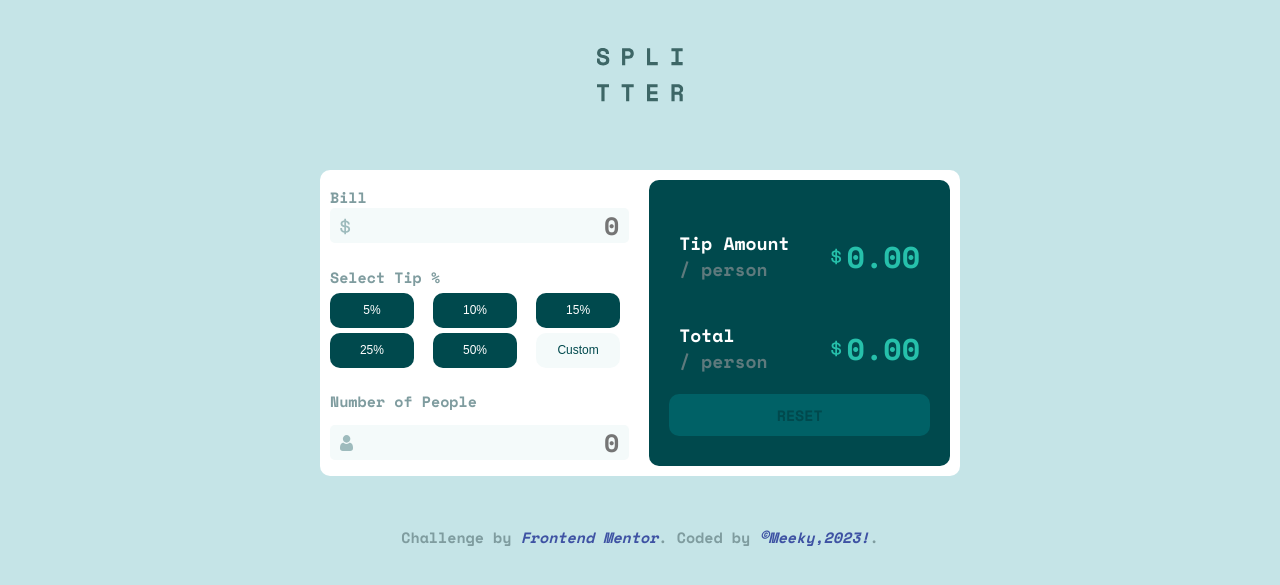
Repository: MeekyBerry/Frontend-Mentor-Challenges
Page: tip-calculator-app/index.html
The author's editor kept a copy of each file at every save. The page is drawn from the files as they stood at one save, then again after the next save.
The browser window is 1280 px wide. The pictures show the whole page.

Above is the page before, as saved 2023-04-07 19:53:31.

### tip-calculator-app/index.html
<!DOCTYPE html>
<html lang="en">

<head>
  <meta charset="UTF-8">
  <meta name="viewport" content="width=device-width, initial-scale=1.0">
  <link rel="icon" type="image/png" sizes="32x32" href="./css/images/favicon-32x32.png">
  <title> Tip calculator app</title>
  <link rel="stylesheet" href="./css/style.css">
  <script src="./script.js" defer></script>
</head>

<body>
  <div class="heading-logo">
    <img src="./css/images/logo.svg" alt="Logo" class="logo">
  </div>

  <form id="form" class="background">
    <div class="first-container">
      <div class="bill-container">
        <label for="bill">Bill</label>
        <input type="number" id="bill" placeholder="0" class="bill-input__img input-bar">
      </div>

      <div class="tip">
        <div class="tip--heading">Select Tip %</div>
        <div class="percent-container">
          <button type="button" class="percent five">5%</button>
          <button type="button" class="percent ten">10%</button>
          <button type="button" class="percent fiftheen">15%</button>
          <button type="button" class="percent twenty-five">25%</button>
          <button type="button" class="percent fifty">50%</button>
          <button type="button" class="percent custom" id="cst-btn">Custom</button>
        </div>
      </div <div>
      <div class="people-validate">
        <label for="number">Number of People</label>
        <span id="validate" class="people-zero">Can't be zero</span>
      </div>
      <div class="icon-box">
        <input type="number" id="people" class="people-input__img input-bar" placeholder="0">
      </div>
    </div>
    </div>

    <div class="second-container">
      <div class="amount">
        <p>Tip Amount <span class="person">/ person</span></p>
        <div class="digit">
          <svg xmlns="http://www.w3.org/2000/svg" width="11" height="17">
            <path fill="var(--Strong-cyan)"
              d="M6.016 16.328v-1.464c1.232-.08 2.22-.444 2.964-1.092.744-.648 1.116-1.508 1.116-2.58v-.144c0-.992-.348-1.772-1.044-2.34-.696-.568-1.708-.932-3.036-1.092V4.184c.56.144 1.012.4 1.356.768.344.368.516.816.516 1.344v.288h1.824v-.432c0-.448-.088-.876-.264-1.284a3.783 3.783 0 00-.744-1.116A4.251 4.251 0 007.54 2.9a5.324 5.324 0 00-1.524-.492V.872H4.288V2.36a5.532 5.532 0 00-1.416.324c-.448.168-.84.392-1.176.672-.336.28-.604.616-.804 1.008-.2.392-.3.844-.3 1.356v.144c0 .96.316 1.708.948 2.244.632.536 1.548.884 2.748 1.044v3.912c-.704-.16-1.248-.472-1.632-.936-.384-.464-.576-1.08-.576-1.848v-.288H.256v.576c0 .464.08.924.24 1.38.16.456.404.88.732 1.272.328.392.744.728 1.248 1.008s1.108.476 1.812.588v1.512h1.728zM4.288 7.424c-.688-.128-1.164-.332-1.428-.612-.264-.28-.396-.644-.396-1.092 0-.464.176-.832.528-1.104.352-.272.784-.448 1.296-.528v3.336zm1.728 5.712V9.344c.768.128 1.328.328 1.68.6.352.272.528.688.528 1.248 0 .544-.196.984-.588 1.32-.392.336-.932.544-1.62.624z" />
          </svg>
          <span id="tip-amount" class="amount-span">0.00</span>
        </div>
      </div>

      <div class="amount">
        <p>Total <span class="person">/ person</span></p>
        <div class="digit">
          <svg xmlns="http://www.w3.org/2000/svg" width="11" height="17">
            <path fill="var(--Strong-cyan)"
              d="M6.016 16.328v-1.464c1.232-.08 2.22-.444 2.964-1.092.744-.648 1.116-1.508 1.116-2.58v-.144c0-.992-.348-1.772-1.044-2.34-.696-.568-1.708-.932-3.036-1.092V4.184c.56.144 1.012.4 1.356.768.344.368.516.816.516 1.344v.288h1.824v-.432c0-.448-.088-.876-.264-1.284a3.783 3.783 0 00-.744-1.116A4.251 4.251 0 007.54 2.9a5.324 5.324 0 00-1.524-.492V.872H4.288V2.36a5.532 5.532 0 00-1.416.324c-.448.168-.84.392-1.176.672-.336.28-.604.616-.804 1.008-.2.392-.3.844-.3 1.356v.144c0 .96.316 1.708.948 2.244.632.536 1.548.884 2.748 1.044v3.912c-.704-.16-1.248-.472-1.632-.936-.384-.464-.576-1.08-.576-1.848v-.288H.256v.576c0 .464.08.924.24 1.38.16.456.404.88.732 1.272.328.392.744.728 1.248 1.008s1.108.476 1.812.588v1.512h1.728zM4.288 7.424c-.688-.128-1.164-.332-1.428-.612-.264-.28-.396-.644-.396-1.092 0-.464.176-.832.528-1.104.352-.272.784-.448 1.296-.528v3.336zm1.728 5.712V9.344c.768.128 1.328.328 1.68.6.352.272.528.688.528 1.248 0 .544-.196.984-.588 1.32-.392.336-.932.544-1.62.624z" />
          </svg>
          <span id="total-amount" class="amount-span">0.00</span>
        </div>
      </div>
      <div class="btn-wrapper">
        <button type="reset" id="reset" class="btn">Reset</button>
      </div>
    </div>
  </form>

  <div class="attribution">
    Challenge by <a href="https://www.frontendmentor.io?ref=challenge" target="_blank">Frontend Mentor</a>.
    Coded by <a href="https://www.linkedin.com/in/mikkylanky/" target="_blank">&copy;Meeky,2023!</a>.
  </div>
</body>

</html>

### tip-calculator-app/css/style.css
@import url("https://fonts.googleapis.com/css2?family=Space+Mono:wght@400;700&display=swap");

:root {
  /* ### Primary */
  --Strong-cyan: hsl(172, 67%, 45%);
  /* ### Neutral */
  --Very-dark-cyan: hsl(183, 100%, 15%);
  --Dark-grayish-cyan: hsl(186, 14%, 43%);
  --Grayish-cyan: hsl(184, 14%, 56%);
  --Light-grayish-cyan: hsl(185, 41%, 84%);
  --Very-light-grayish-cyan: hsl(189, 41%, 97%);
  --White: hsl(0, 0%, 100%);
  --dark-blue: hsl(228, 45%, 44%);
}

html {
  font-size: 50%;
}

*,
::before,
::after {
  margin: 0;
  padding: 0;
  box-sizing: border-box;
}

body {
  font-size: 1.8rem;
  font-family: "Space Mono", sans-serif;
  font-weight: 700;
  background-color: var(--Light-grayish-cyan);
  color: var(--Grayish-cyan);
  height: 100%;
  width: 100%;
}

.heading-logo {
  height: 15rem;
  width: 100%;
  position: relative;
}

.logo {
  position: absolute;
  top: 50%;
  left: 50%;
  transform: translate(-50%, -50%);
}

.background {
  display: flex;
  flex-direction: column;
  justify-content: space-around;
  gap: 1rem;
  background-color: var(--White);
  height: 100%;
  width: 60%;
  border-radius: 1rem;
  padding: 1rem;
  margin: 2rem auto;
  -webkit-border-radius: 1rem;
  -moz-border-radius: 1rem;
  -ms-border-radius: 1rem;
  -o-border-radius: 1rem;
}

.people-validate {
  display: flex;
  justify-content: space-between;
  align-items: center;
}

.people-zero {
  color: red;
  font-size: 1.5rem;
  font-weight: 400;
  display: none;
}

label {
  display: block;
  font-size: 1.5rem;
}

.input-bar {
  display: flex;
  justify-content: space-between;
  align-items: center;
  width: 100%;
  height: 3.5rem;
  border: none;
  border-radius: .5rem;
  font-size: 2.5rem;
  font-family: "Space Mono", sans-serif;
  font-weight: 700;
  text-align: end;
  padding: 0 1rem 0 3rem;
}

.input-bar:focus {
  outline-color: var(--Strong-cyan);
}

.bill-input__img {
  background: url(../css/images/icon-dollar.svg) no-repeat var(--Very-light-grayish-cyan) 1rem 1rem;
  padding: 0 1rem 0 3rem;
}

.people-input__img {
  background: url(../css/images/icon-person.svg) no-repeat var(--Very-light-grayish-cyan) 1rem 1rem;
  padding: 0 1rem 0 3rem;
}

/* Remove Arrows/Spinners ON INPUT */
input::-webkit-outer-spin-button,
input::-webkit-inner-spin-button {
  -webkit-appearance: none;
}

/* Firefox */
input[type="number"] {
  -moz-appearance: textfield;
}

.tip {
  padding: 1rem 0;
}

.tip--heading {
  font-size: 1.5rem;
  margin-bottom: .5rem;
}

.percent-container {
  display: grid;
  grid-template-columns: repeat(2, 1fr);
  grid-template-rows: repeat(3, 1fr);
  grid-template-areas:
    "five ten"
    "fiftheen twentyFive"
    "fifty custom";
  gap: .5rem 1rem;
}

.percent {
  background-color: var(--Very-dark-cyan);
  color: var(--White);
  text-align: center;
  border-radius: 1rem;
  border: none;
  font-size: 1.2rem;
  width: 90%;
  height: 3.5rem;
}

.percent:active {
  background-color: var(--Light-grayish-cyan);
  color: var(--Very-dark-cyan);
  font-weight: 700;
}

.five {
  grid-area: five;
}

.ten {
  grid-area: ten;
}

.fiftheen {
  grid-area: fiftheen;
}

.twenty-five {
  grid-area: twentyFive;
}

.fifty {
  grid-area: fifty;
}

.custom {
  grid-area: custom;
  background-color: var(--Very-light-grayish-cyan);
  color: var(--Very-dark-cyan);
}

.custom-input {
  background-color: var(--Very-light-grayish-cyan);
  color: var(--Very-dark-cyan);
  border: none;
  border-radius: 1rem;
  padding: 0 1rem;
  font-size: 1.5rem;
  font-weight: 700;
  text-align: end;
  width: 100%;
  height: 100%;
}

.custom-input:focus {
  outline-color: var(--Strong-cyan);
}

.second-container {
  background-color: var(--Very-dark-cyan);
  border-radius: 1rem;
  padding: 3rem 2rem;
}

.amount {
  display: flex;
  justify-content: space-between;
  padding: 2rem 1rem;
}

p {
  color: var(--White);
}

.person {
  display: block;
  font-size: 1.8rem;
  color: var(--Dark-grayish-cyan);
}

.digit {
  display: flex;
  align-items: center;
  justify-content: center;
  gap: .5rem;
}

.amount-span {
  font-size: 3rem;
  color: var(--Strong-cyan);
}

.btn {
  width: 100%;
  padding: 1rem;
  background-color: hsl(183, 100%, 20%);
  color: var(--Very-dark-cyan);
  border: none;
  border-radius: 1rem;
  text-transform: uppercase;
  font-size: 1.5rem;
  font-weight: 700;
  font-family: "Space Mono", sans-serif;
  -webkit-border-radius: 1rem;
  -moz-border-radius: 1rem;
  -ms-border-radius: 1rem;
  -o-border-radius: 1rem;
}

.attribution {
  font-size: 1.5rem;
  text-align: center;
  margin-top: 5rem;
}

.attribution a {
  color: var(--dark-blue);
  text-decoration: none;
  font-style: italic;
}

@media only screen and (min-width: 600px) {
  html {
    font-size: 56.25%
  }

  .background {
    width: 40%;
  }
}

@media only screen and (min-width: 900px) {
  html {
    font-size: 62.5%;
  }

  .background {
    width: 50%;
    height: 50%;
    margin: 2rem auto;
    flex-direction: row;
    gap: 2rem;
    padding: 1rem;
  }

  .first-container {
    display: flex;
    flex-direction: column;
    justify-content: space-around;
    flex-basis: 50%;
  }

  .percent-container {
    grid-template-columns: repeat(3, 1fr);
    grid-template-rows: repeat(2, 1fr);
    grid-template-areas:
      "five ten fiftheen"
      "twentyFive fifty custom";
  }

  .second-container {
    display: flex;
    flex-direction: column;
    flex-basis: 50%;
  }

  .btn-wrapper {
    margin-top: auto;
  }
}

### tip-calculator-app/script.js
// 1. Get the bill amount from the input field
const billInput = document.getElementById("bill");
// 2. Get the tip percentage from the Button array
const tipButtons = document.querySelectorAll(".percent");
// 2.1. The percentage array contains a Custom button which toggles to input field when clicked
const customButton = document.querySelector(".custom");
// 2.2. Get the custom percentage from the input field
const customInput = document.createElement("input");
// Add style class to created customInput element
// customInput.classList.add('custom-input');
// 3. Get the number of people from the input field
const peopleInput = document.getElementById("people");
// 4. Calculate the tip amount per person;
const tipAmountSpan = document.getElementById("tip-amount");
// 5. Calculate the total cost per person
const totalAmountSpan = document.getElementById("total-amount");
// 6. Display the tip amount per person
const resetButton = document.getElementById("reset");
const validatePeople = document.getElementById("validate");

let bill = 0;
let tipPercentage = 0;
let customPercentage = 0;
let people = 0;

let inputPeople = false;
let error = true;

// calculate tip and total amount
const calculateTip = () => {
  if (people > 0) {
    inputPeople = true;
    let tip = (bill * (tipPercentage + customPercentage)) / 100;
    let total = bill + tip;
    let tipPerPerson = tip / people;
    let totalPerPerson = total / people;
    tipAmountSpan.textContent = `${tipPerPerson.toFixed(2)}`;
    totalAmountSpan.textContent = `${totalPerPerson.toFixed(2)}`;
  }
};

// add event listener for bill input
billInput.addEventListener("input", () => {
  bill = Number(billInput.value);
  calculateTip();
  disableReset();
});

// add event listener for people input
peopleInput.addEventListener("input", () => {
  if (peopleInput.value === "0") {
    validatePeople.style.display = "block";
    peopleInput.style.outlineColor = "red";
  } else {
    validatePeople.style.display = "none";
    peopleInput.style.outlineColor = "hsl(172, 67%, 45%)";
    people = Number(peopleInput.value);
    calculateTip();
    disableReset();
  }
});

// add event listeners for tip buttons
tipButtons.forEach((button) => {
  button.addEventListener("click", () => {
    if (button.classList.contains("custom")) {
      customInput.type = "number";
      customInput.value = "";
      customInput.classList.add("custom-input");
      if (button.parentNode) {
        button.parentNode.replaceChild(customInput, button);
        customInput.focus();
      }
    } else {
      tipPercentage = Number(button.textContent.replace("%", ""));
      calculateTip();
    }
  });
});

// add event listener for custom input
customInput.addEventListener("input", () => {
  customPercentage = Number(customInput.value);
  calculateTip();
});

// add event listener for reset button
resetButton.addEventListener("click", () => {
  billInput.value = "";
  peopleInput.value = "";
  tipAmountSpan.textContent = "0.00";
  totalAmountSpan.textContent = "0.00";
  bill = 0;
  tipPercentage = 0;
  customPercentage = 0;
  people = 0;
  if (customInput.parentNode) {
    customInput.parentNode.replaceChild(customButton, customInput);
  }
  resetButton.disabled = true;
  disableReset();
  validatePeople.style.display = "none";
});

// disable reset button
const disableReset = () => {
  if (billInput.value.trim() === "" && peopleInput.value.trim() === "") {
    resetButton.disabled = true;
    resetButton.style.backgroundColor = "hsl(183, 100%, 25%)";
  } else {
    resetButton.disabled = false;
    resetButton.style.backgroundColor = "hsl(172, 67%, 45%)";
  }
};

// add event listeners for reset button for the active state
resetButton.addEventListener("mousedown", () => {
  resetButton.style.backgroundColor = "hsl(185, 41%, 84%)";
});

resetButton.addEventListener("mouseup", () => {
  resetButton.style.backgroundColor = "hsl(183, 100%, 25%)";
});

After the next save:
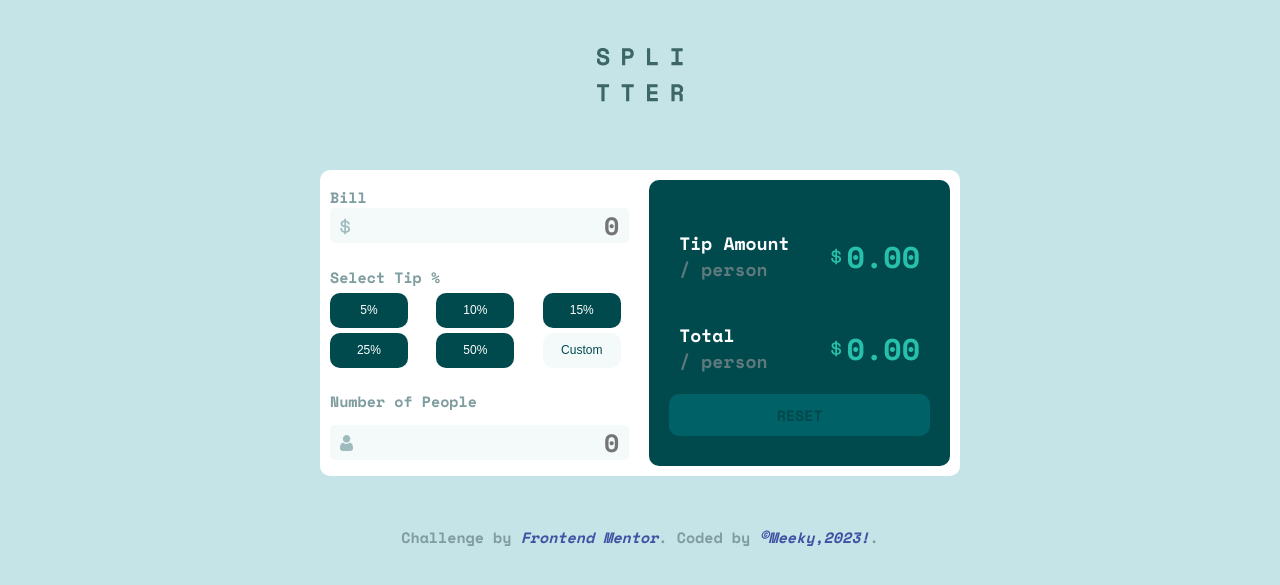
Saved 13 s later.
--- a/tip-calculator-app/css/style.css
+++ b/tip-calculator-app/css/style.css
@@ -140,7 +140,7 @@ input[type="number"] {
     "five ten"
     "fiftheen twentyFive"
     "fifty custom";
-  gap: .5rem 1rem;
+  gap: .5rem 2rem;
 }
 
 .percent {
